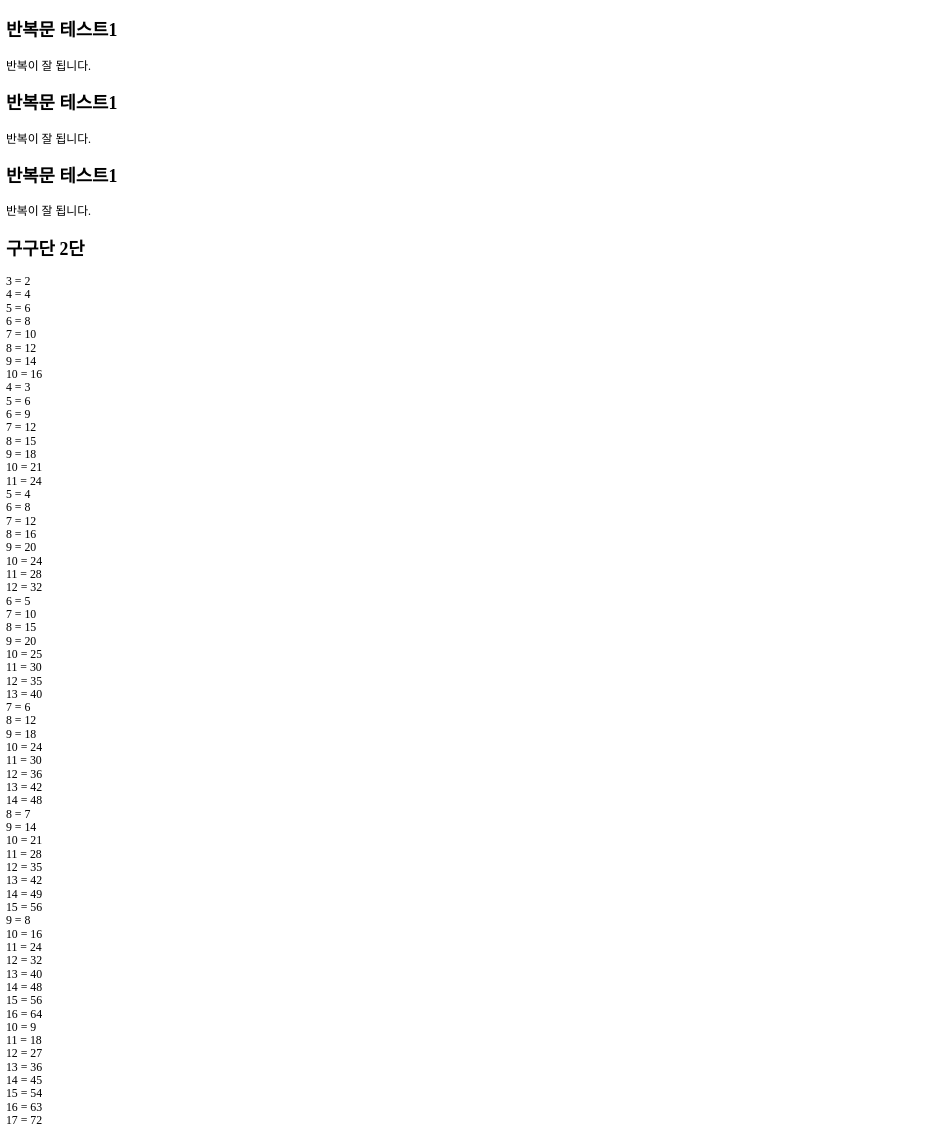
Repository: jjjjjjji-hun/jsp_practice
Page: http://localhost/JSPBasic/jspTag/Scriptlet.jsp
These files come from the project's save history. The page is drawn as it stood at one moment and after the next save; the edit follows.
The browser window is 1280 px wide. The pictures show the whole page, at 74% of full size.
The page is served by Tomcat 9.

Above is the page before, as saved 2022-01-28 02:43:46.

### JSPBasic/src/main/webapp/jspTag/Scriptlet.jsp
<%@ page language="java" contentType="text/html; charset=UTF-8"
    pageEncoding="UTF-8"%>
<!DOCTYPE html>
<html>
<head>
<meta charset="UTF-8">
<title>Insert title here</title>
</head>
<body>
	<!-- 스크립트릿 내부에는 자바 코드를 작성할 수 있으며
	이 코드를 반영해 페이지가 구성됩니다. -->
	<% for(int i = 0; i < 3; i++){ %>
		<h2>반복문 테스트1</h2>
		<p>
			반복이 잘 됩니다.
		</p>
	<% } %>

	<!-- 하단에 구구단 코드를 작성해주세요.
	System.out.println()이 괄호 내 구문을 콘솔에 찍히게 해줬다면
	out.println()은 html화면에 괄호 내 구문을 콘솔에 찍히게 해줍니다.
	(javascript의 document.write()와 같은 역할) -->
	<h2>구구단 2단</h2>
	<% for(int i = 2; i < 10; i++){ %>
		<% for(int j = 1; j < 9; j++){ %>
			<% out.println(i + j + " = " + i*j + "<br/>");%>
		<% } %>
	<% } %>
</body>
</html>

After the next save:
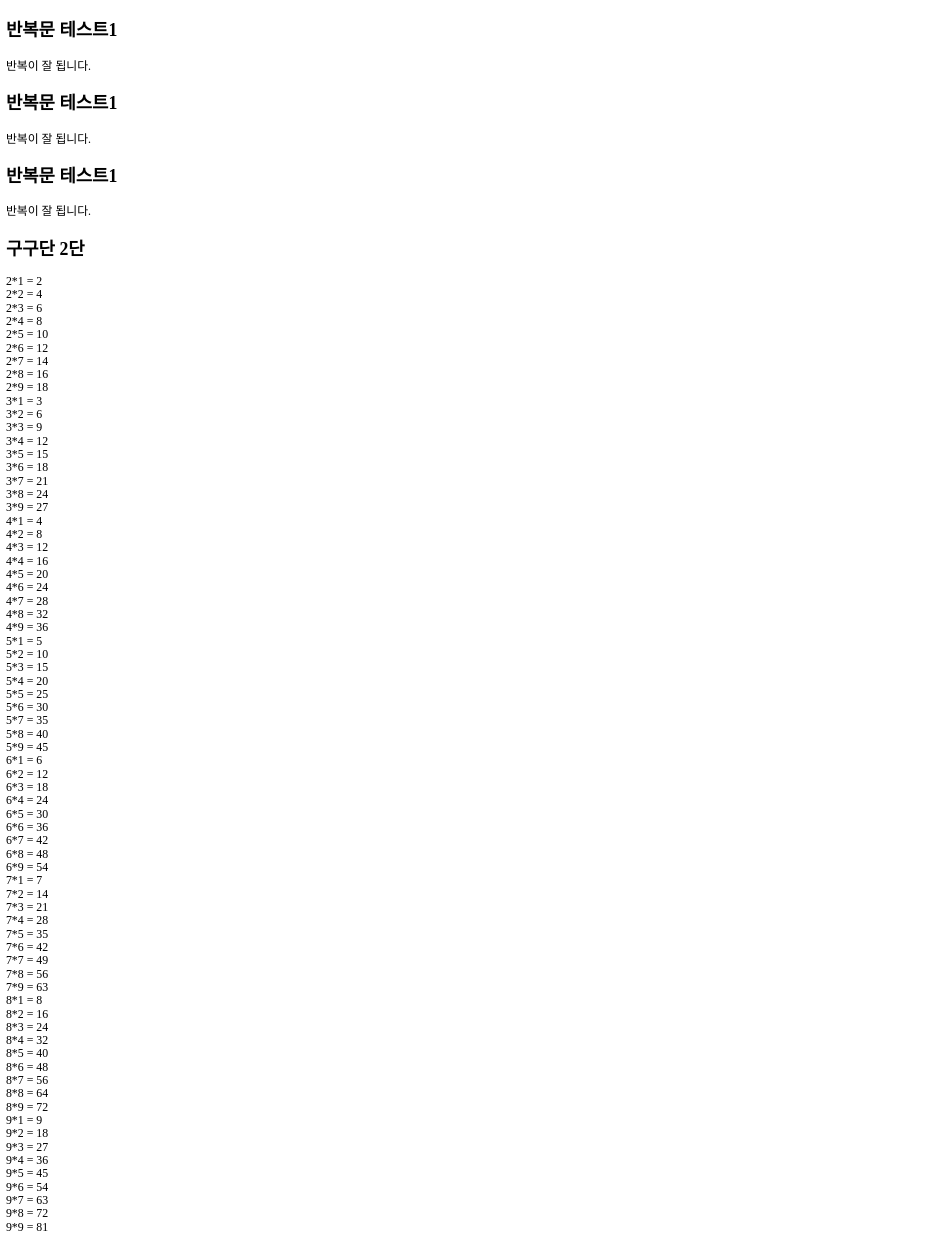
Saved 3 min 8 s later.
--- a/JSPBasic/src/main/webapp/jspTag/Scriptlet.jsp
+++ b/JSPBasic/src/main/webapp/jspTag/Scriptlet.jsp
@@ -21,10 +21,10 @@
 	out.println()은 html화면에 괄호 내 구문을 콘솔에 찍히게 해줍니다.
 	(javascript의 document.write()와 같은 역할) -->
 	<h2>구구단 2단</h2>
-	<% for(int i = 2; i < 10; i++){ %>
-		<% for(int j = 1; j < 9; j++){ %>
-			<% out.println(i + j + " = " + i*j + "<br/>");%>
-		<% } %>
-	<% } %>
+	<% for(int i = 2; i < 10; i++){
+		for(int j = 1; j < 10; j++){
+			out.println(i + "*" + j + " = " + i*j + "<br/>");
+		}
+	   } %>
 </body>
 </html>
